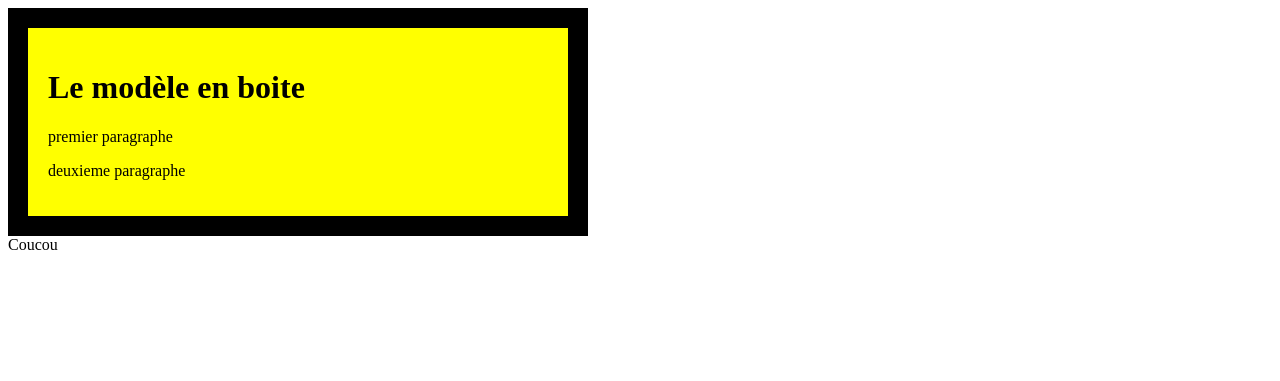
Repository: serviceshuios/-git-reference-java-lyon-worspace
Page: workspaceWeb/MaPremierePage/WebContent/Boites.html
An editor plug-in stored every save of this project. The page is shown before and after the next save, followed by the edit.
The browser window is 1280 px wide. The pictures show the whole page.

Above is the page before, as saved 2017-04-03 16:44:23.

### workspaceWeb/MaPremierePage/WebContent/Boites.html
<!DOCTYPE html>
<html>
<head>
	<meta charset="UTF-8">
	<title>Boites</title>
	<link rel="stylesheet" href="css/style7.css" />
</head>
<body>
<div class="boites">
<h1>Le modèle en boite</h1>
<p>premier paragraphe</p>
<p>deuxieme paragraphe</p>
</div>
Coucou
</body>
</html>

### workspaceWeb/MaPremierePage/WebContent/css/style7.css
@CHARSET "UTF-8";
.boites {
	background-color:yellow;
	width:500px;
	padding:20px;
	border: 20px solid black;
}

After the next save:
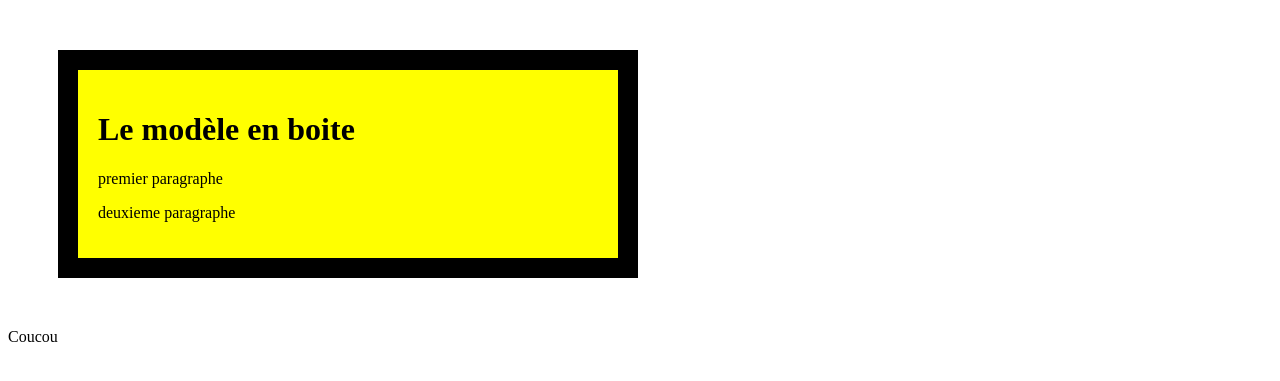
Saved 51 s later.
--- a/workspaceWeb/MaPremierePage/WebContent/css/style7.css
+++ b/workspaceWeb/MaPremierePage/WebContent/css/style7.css
@@ -4,4 +4,5 @@
 	width:500px;
 	padding:20px;
 	border: 20px solid black;
+	margin: 50px;
 }
